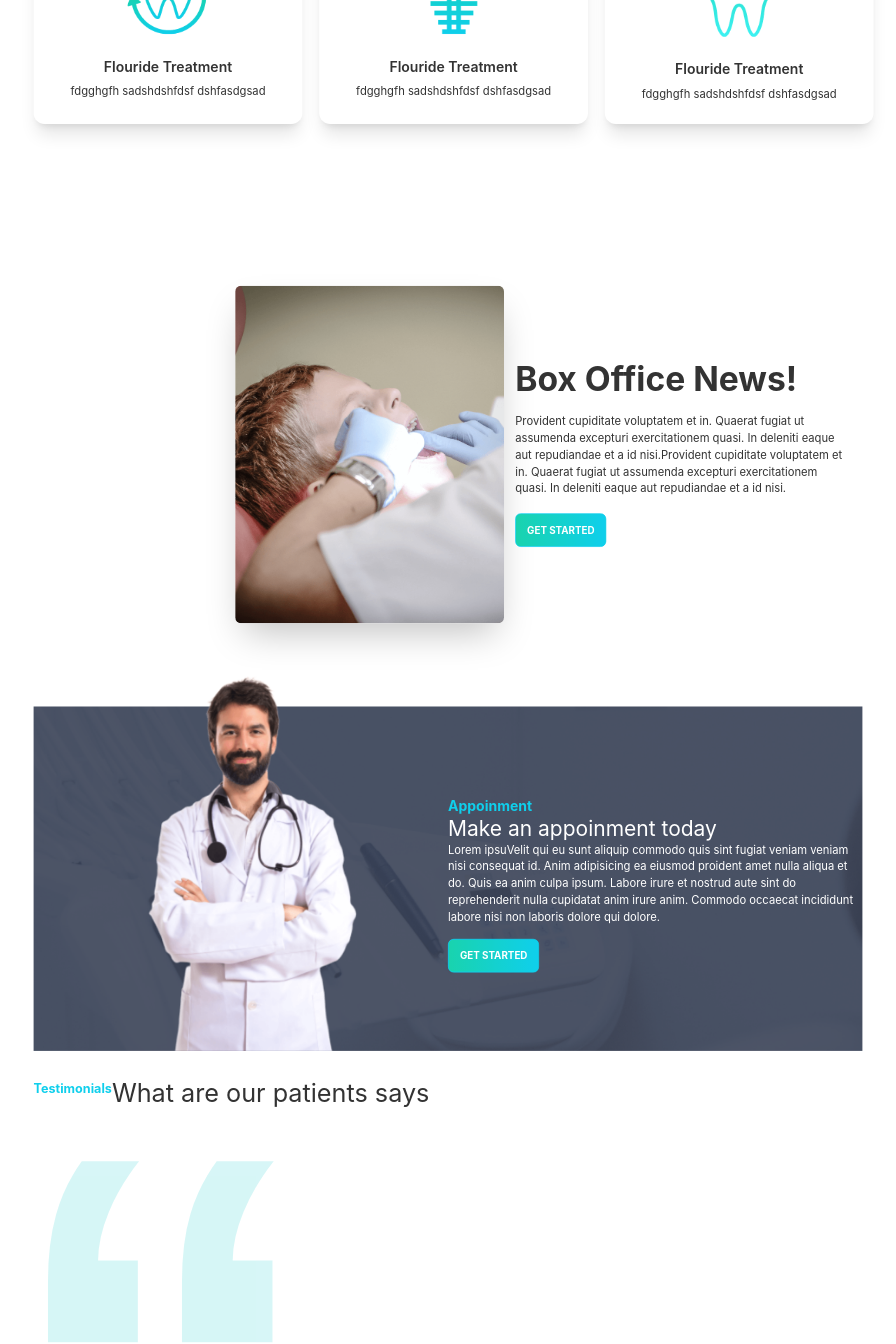
Repository: devsajid/doctors-portal-client
Page: /
An editor plug-in stored every save of this project. The page is shown before and after the next save, followed by the edit.
The browser window is 1280 px wide. The pictures show the part of the page from y = 1226 to 3146 px (the page is 3146 px tall before and 2847 px after), at 70% of full size.
Backgrounds fixed to the window are drawn as part of the page. The project was rebuilt for these pictures with package versions that can differ from the ones it lists, and the page was loaded fresh each time. Also part of the build but not shown: src/App.css, src/Pages/About/About.js, src/Pages/Appoinment/Appoinment.js, src/Pages/Contact/Contact.js, src/Pages/Login/Login.js, src/Pages/Review/Review.js.

Above is the page before, as saved 2022-08-14 11:58:29.

### src/index.js
import React from "react";
import ReactDOM from "react-dom/client";
import "./index.css";
import App from "./App";
import reportWebVitals from "./reportWebVitals";
import { BrowserRouter } from "react-router-dom";
const root = ReactDOM.createRoot(document.getElementById("root"));
root.render(
  <React.StrictMode>
    <BrowserRouter>
      <App />
    </BrowserRouter>
  </React.StrictMode>
);

reportWebVitals();

### src/App.js
import "./App.css";
import Navbar from "./Pages/Home/Share/Navbar/Navbar";
import { Routes, Route } from "react-router-dom";
import Home from "./Pages/Home/Home";
import About from "./Pages/About/About";
import Appoinement from "./Pages/Appoinment/Appoinment";
import Contact from "./Pages/Contact/Contact";
import Login from "./Pages/Login/Login";
import Review from "./Pages/Review/Review";
function App() {
  return (
    <div>
      <Navbar></Navbar>
      <Routes>
        <Route path="/" element={<Home />} />
        <Route path="about" element={<About />} />
        <Route path="appoinement" element={<Appoinement />} />
        <Route path="contact" element={<Contact />} />
        <Route path="login" element={<Login />} />
        <Route path="review" element={<Review />} />
      </Routes>
    </div>
  );
}

export default App;

### src/Pages/Home/Share/Navbar/Navbar.js
import React from "react";
import { Link } from "react-router-dom";

const Navbar = () => {
  const menuItem = (
    <>
      {" "}
      <li>
        <Link to="/">Home</Link>
      </li>
      <li>
        <Link to="about">About</Link>
      </li>
      <li>
        <Link to="appoinement">Appoinement</Link>
      </li>
      <li>
        <Link to="review">Review</Link>
      </li>
      <li>
        <Link to="contact">Contact us</Link>
      </li>
      <li>
        <Link to="login">Login</Link>
      </li>
    </>
  );
  return (
    <div>
      <div class="navbar   bg-base-100">
        <div class="navbar-start">
          <div class="dropdown">
            <label tabindex="0" class="btn btn-ghost lg:hidden">
              <svg
                xmlns="http://www.w3.org/2000/svg"
                class="h-5 w-5"
                fill="none"
                viewBox="0 0 24 24"
                stroke="currentColor"
              >
                <path
                  stroke-linecap="round"
                  stroke-linejoin="round"
                  stroke-width="2"
                  d="M4 6h16M4 12h8m-8 6h16"
                />
              </svg>
            </label>
            <ul
              tabindex="0"
              class="menu menu-compact dropdown-content mt-3 p-2 shadow bg-base-100 rounded-box w-52"
            >
              {menuItem}
            </ul>
          </div>
          <a class="btn btn-ghost normal-case text-xl">Doctor Portals</a>
        </div>
        <div class="navbar-center hidden lg:flex">
          <ul class="menu menu-horizontal p-0">{menuItem}</ul>
        </div>
      </div>
    </div>
  );
};

export default Navbar;

### src/Pages/Home/Home.js
import React from "react";
import Services from "../Services/Services";
import Terms from "../Terms/Terms";
import Appoinments from "./Appoinments/Appoinments";
import Banner from "./Banner/Banner";
import Info from "./Info/Info";
import Testimonials from "./Testimonials/Testimonials";

const Home = () => {
  return (
    <div className="lg:px-12 sm:px-0">
      <Banner></Banner>
      <Info></Info>
      <Services></Services>
      <Terms></Terms>
      <Appoinments></Appoinments><Testimonials></Testimonials>
    </div>
  );
};

export default Home;

### src/Pages/Services/Services.js
import React from "react";
import fluoride from "../../assets/images/fluoride.png";
import cavity from "../../assets/images/cavity.png";
import whitening from "../../assets/images/whitening.png";
import Service from "./Service";
const Services = () => {
  const services = [
    {
      _id: 1,
      name: "Flouride Treatment",
      description: "fdgghgfh sadshdshfdsf dshfasdgsad",
      img: fluoride,
    },
    {
      _id: 2,
      name: "Flouride Treatment",
      description: "fdgghgfh sadshdshfdsf dshfasdgsad",
      img: cavity,
    },
    {
      _id: 3,
      name: "Flouride Treatment",
      description: "fdgghgfh sadshdshfdsf dshfasdgsad",
      img: whitening,
    },
  ];
  return (
    <div className="my-28">
      <div className="text-center">
        <h3 className="text-primary text-xl font-bold upparecase">
          Our Services
        </h3>
        <h1 className="text-4xl">Services we provide</h1>
      </div>
      <div className="grid sm:grid-cols-1 md:grid-cols-2 lg:grid-cols-3 gap-10">
        {" "}
        {services.map((service) => (
          <Service key={service._id} service={service}></Service>
        ))}
      </div>
    </div>
  );
};

export default Services;

### src/Pages/Terms/Terms.js
import React from "react";
import treatment from "../../assets/images/treatment.png";
import PrimaryButton from "../Home/Share/Navbar/PrimaryButton/PrimaryButton";
const Terms = () => {
  return (
    <div class="hero  min-h-screen ">
      <div class="hero-content pl-30 flex-col lg:flex-row lg:pl-72 sm:pl-0">
        <img
          src={treatment}
          class="max-w-sm rounded-lg shadow-2xl"
          alt="treatmaent"
        />
        <div>
          <h1 class="text-5xl font-bold">Box Office News!</h1>
          <p class="py-6">
            Provident cupiditate voluptatem et in. Quaerat fugiat ut assumenda
            excepturi exercitationem quasi. In deleniti eaque aut repudiandae et
            a id nisi.Provident cupiditate voluptatem et in. Quaerat fugiat ut
            assumenda excepturi exercitationem quasi. In deleniti eaque aut
            repudiandae et a id nisi.
          </p>
          <PrimaryButton></PrimaryButton>
        </div>
      </div>
    </div>
  );
};

export default Terms;

### src/Pages/Home/Appoinments/Appoinments.js
import React from "react";
import doctor from "../../../assets/images/doctor.png";
import appoinment from "../../../assets/images/appointment.png";
import PrimaryButton from "../Share/Navbar/PrimaryButton/PrimaryButton";

const Appoinments = () => {
  return (
    <section
      className="flex justify-center items-center sm:flex-none"
      style={{ background: `url(${appoinment})` }}
    >
      <div className="flex-1 hidden lg:block">
        <img className="mt-[-100px]" src={doctor} alt="Appoinment doctor"></img>
      </div>
      <div className="flex-1  ">
        <h2 className="text-xl text-primary font-bold mt-4">Appoinment</h2>
        <h4 className="text-3xl text-white">Make an appoinment today</h4>
        <p className="text-white mb-5">
          Lorem ipsuVelit qui eu sunt aliquip commodo quis sint fugiat veniam
          veniam nisi consequat id. Anim adipisicing ea eiusmod proident amet
          nulla aliqua et do. Quis ea anim culpa ipsum. Labore irure et nostrud
          aute sint do reprehenderit nulla cupidatat anim irure anim. Commodo
          occaecat incididunt labore nisi non laboris dolore qui dolore.
        </p>
        <PrimaryButton></PrimaryButton>
      </div>
    </section>
  );
};

export default Appoinments;

### src/Pages/Home/Banner/Banner.js
import React from "react";
import chair from "../../../assets/images/chair.png";
import bg from "../../../assets/images/bg.png";
import PrimaryButton from "../Share/Navbar/PrimaryButton/PrimaryButton";
const Banner = () => {
  return (
    <div>
      <div class="hero min-h-screen ">
        <div
          class="hero-content bg-fixed flex-col lg:flex-row-reverse"
          style={{ backgroundImage: `url(${bg})` }}
        >
          <img src={chair} class="max-w-sm rounded-lg shadow-2xl" />
          <div>
            <h1 class="text-5xl font-bold">Your New Smile Starts Here</h1>
            <p class="py-6">
              Provident cupiditate voluptatem et in. Quaerat fugiat ut assumenda
              excepturi exercitationem quasi. In deleniti eaque aut repudiandae
              et a id nisi.
            </p>
            <PrimaryButton></PrimaryButton>
          </div>
        </div>
      </div>
    </div>
  );
};

export default Banner;

### src/Pages/Home/Info/Info.js
import React from "react";
import InfoCard from "../Info/InfoCard";
import clock from "../../../assets/icons/clock.svg";
import marker from "../../../assets/icons/marker.svg";
import phone from "../../../assets/icons/phone.svg";
const Info = () => {
  return (
    <div className="grid grid-cols-1 lg:grid-cols-3 gap-5 ">
      <InfoCard
        cardTitle="Openning Hours"
        bgClass="bg-gradient-to-r from-secondary to-primary"
        img={marker}
      ></InfoCard>
      <InfoCard
        cardTitle="Our Locatons"
        bgClass="bg-accent"
        img={clock}
      ></InfoCard>
      <InfoCard
        cardTitle="Contact us"
        bgClass="bg-gradient-to-r from-secondary to-primary"
        img={phone}
      ></InfoCard>
    </div>
  );
};

export default Info;

### src/Pages/Home/Testimonials/Testimonials.js
import React from "react";
import quote from "../../../assets/icons/quote.svg";
const Testimonials = () => {
  return (
    <section>
      <div
        className="py-10 flex justyfy-between"
        // style={{
        //   backgroundImage: `url(${quote})`,
        //   backgroundRepeat: "no-repeat",
        //   backgroundSize: 100,
        //   backgroundAttachment: "fixed",
        //   backgroundPosition: "right",
        // }}
      >
        <h5 className="text-primary text-lg font-bold">Testimonials</h5>
        <h2 className="text-capitalize text-4xl">What are our patients says</h2>
      </div>
      <div>
        <img src={quote} alt="quote" />
      </div>
      <div></div>
    </section>
  );
};

export default Testimonials;

### src/Pages/Services/Service.js
import React from "react";

const Service = ({ service }) => {
  return (
    <div class="card lg:max-w-lg w-96 bg-base-100 shadow-xl">
      <figure class="px-10 pt-10">
        <img src={service.img} alt="Shoes" class="rounded-xl" />
      </figure>
      <div class="card-body items-center text-center">
        <h2 class="card-title">{service.name}</h2>
        <p>{service.description}</p>
      </div>
    </div>
  );
};

export default Service;

### src/Pages/Home/Share/Navbar/PrimaryButton/PrimaryButton.js
import React from "react";

const PrimaryButton = () => {
  return (
    <div>
      <button class="btn btn-primary uppercase text-white font-bold bg-gradient-to-r from-secondary to-primary">
        Get Started
      </button>{" "}
    </div>
  );
};

export default PrimaryButton;

### src/Pages/Home/Info/InfoCard.js
import React from "react";

const InfoCard = ({ img, cardTitle, bgClass }) => {
  return (
    <div class={`card lg:card-side shadow-xl ${bgClass}`}>
      <figure className="pl-5">
        <img src={img} alt="Album" />
      </figure>
      <div class="card-body text-white">
        <h2 class="card-title">{cardTitle}</h2>
        <p>Click the button to listen on Spotiwhy app.</p>
        <div class="card-actions justify-end"></div>
      </div>
    </div>
  );
};

export default InfoCard;

### tailwind.config.js
/** @type {import('tailwindcss').Config} */
module.exports = {
  content: ["./src/**/*.{html,js}"],
  theme: {
    extend: {},
  },
  daisyui: {
    themes: [
      {
        doctortheme: {
          primary: "#0fcfec",
          secondary: "#19D3AE",
          accent: "#3A4256",
          neutral: "#3d4451",
          "base-100": "#ffffff",
        },
      },
      "dark",
      "cupcake",
    ],
  },
  plugins: [require("daisyui")],
};

Loaded but not shown: public/index.html (common file); src/index.css (common file); src/reportWebVitals.js (common file)

After the next save:
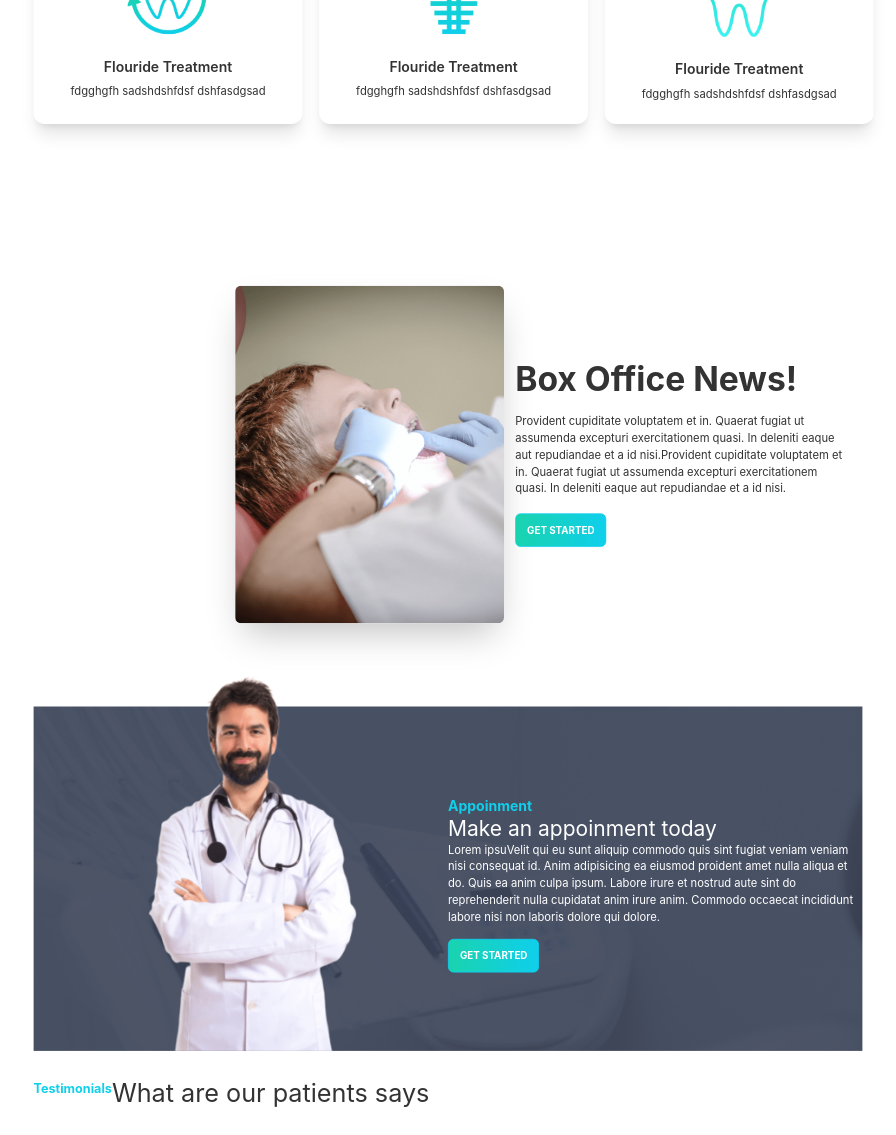
Saved 34 s later.
--- a/src/Pages/Home/Testimonials/Testimonials.js
+++ b/src/Pages/Home/Testimonials/Testimonials.js
@@ -16,9 +16,7 @@ const Testimonials = () => {
         <h5 className="text-primary text-lg font-bold">Testimonials</h5>
         <h2 className="text-capitalize text-4xl">What are our patients says</h2>
       </div>
-      <div>
-        <img src={quote} alt="quote" />
-      </div>
+
       <div></div>
     </section>
   );
